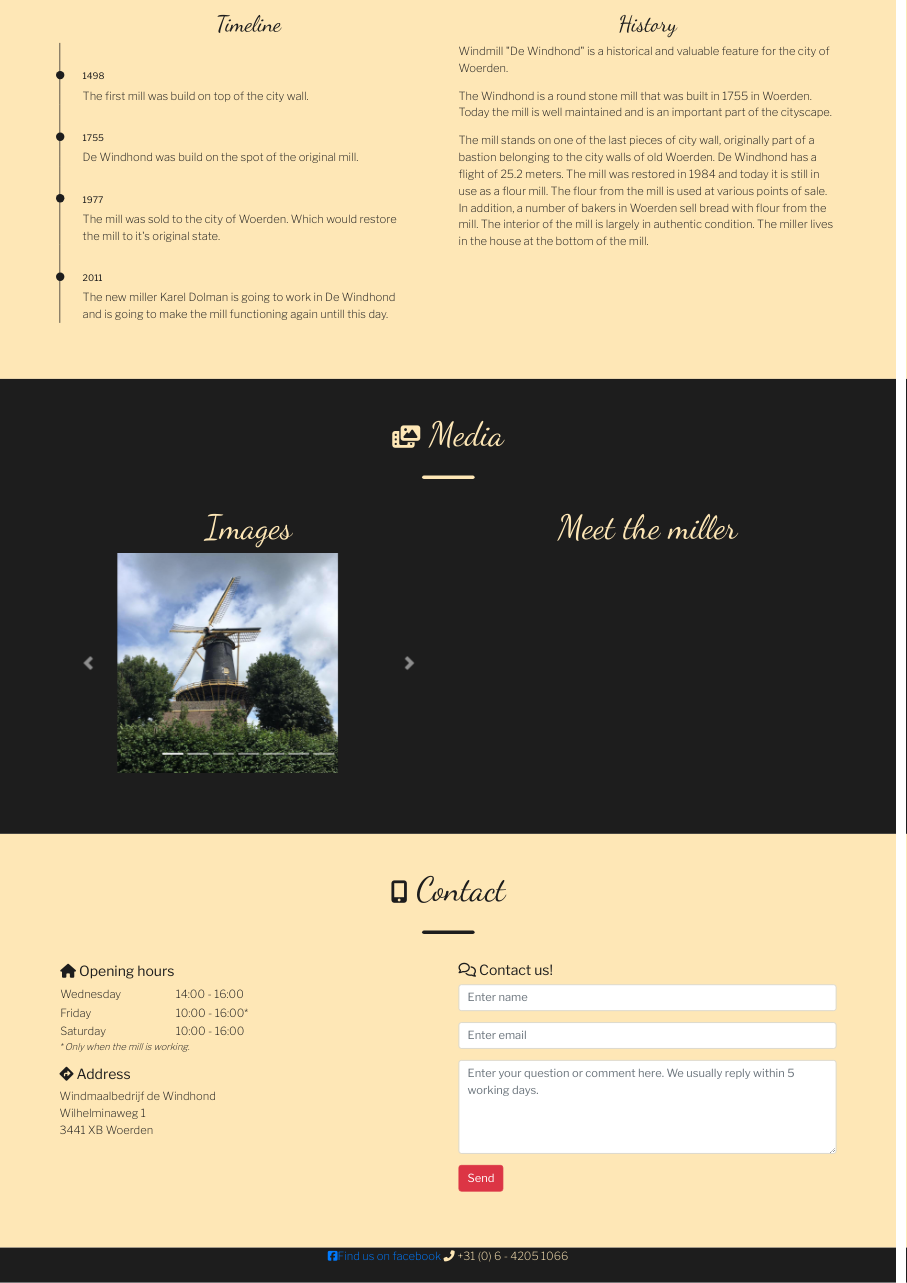
Repository: jdl208/DeWindhond
Page: index.html
The author's editor kept a record of every edit. The page is drawn from the files as they stood at one moment, then again after the next edit.
The browser window is 1280 px wide. The page is 1295 px wide, so the pictures cover 1295 px, including what lies to the right of the window. The pictures show the part of the page from y = 815 to 2695 px (the page is 2648 px tall before and 2695 px after), at 70% of full size.
Pictures or frames that could not be fetched are drawn as grey boxes. Some web libraries are served in a nearby version.

Above is the page before.

### index.html
<!DOCTYPE html>
<html lang="en">

<head>
    <meta charset="UTF-8">
    <meta name="viewport" content="width=device-width, initial-scale=1.0">
    <meta http-equiv="X-UA-Compatible" content="ie=edge">
    <title>Windmill "De Windhond"</title>
    <link rel="stylesheet" href="https://stackpath.bootstrapcdn.com/bootstrap/4.3.1/css/bootstrap.min.css" integrity="sha384-ggOyR0iXCbMQv3Xipma34MD+dH/1fQ784/j6cY/iJTQUOhcWr7x9JvoRxT2MZw1T" crossorigin="anonymous">
    <link href="https://fonts.googleapis.com/css?family=Dancing+Script:400,700&display=swap" rel="stylesheet">
    <link rel="stylesheet" href="assets/css/style.css" type="text/css" />

</head>

<body>

    <!-- Header and Navigation-->

    <header class="jumbotron" id="home">
        <nav class="navbar fixed-top navbar-expand-lg navbar-light">
            <div class="navbar-brand" href="#"></div>
            <button class="navbar-toggler" type="button" data-toggle="collapse" data-target="#navbarTogglerDemo02" aria-controls="navbarTogglerDemo02" aria-expanded="false" aria-label="Toggle navigation">
                <span class="navbar-toggler-icon"></span>
            </button>

            <div class="collapse navbar-collapse" id="navbarTogglerDemo02">
                <ul class="navbar-nav ml-auto mt-2 mt-lg-0">
                    <li class="nav-item ml-auto nav--link">
                        <a class="nav-link" href="#home"><strong>Home</strong><span class="sr-only">(current)</span></a>
                    </li>
                    <li class="nav-item ml-auto nav--link">
                        <a class="nav-link" href="#about"><strong>About</strong></a>
                    </li>
                    <li class="nav-item ml-auto nav--link">
                        <a class="nav-link" href="#media"><strong>Media</strong></a>
                    </li>
                    <li class="nav-item ml-auto nav--link">
                        <a class="nav-link" href="#contact"><strong>Contact</strong></a>
                    </li>
                </ul>
            </div>
        </nav>
        <h1 class="name">"De Windhond"</h1>
    </header>

    <!-- About -->

    <section class="light-bg sectioncontainer" id="about">
        <div class="container about">
            <h2><i class="far fa-list-alt media-icon"></i> About</h2>
            <hr class="block-divider dark-divider">

            <div class="row">
                <div class="col-md-6">
                    <h4>Timeline</h4>
                    <div class="history-items">
                        <div class="timeline-item" data-dates="1498">
                            <p>The first mill was build on top of the city wall.</p>
                        </div>
                        <div class="timeline-item" data-dates="1755">
                            <p>De Windhond was build on the spot of the original mill.</p>
                        </div>
                        <div class="timeline-item" data-dates="1977">
                            <p>The mill was sold to the city of Woerden. Which would restore the mill to it's original state.</p>
                        </div>
                        <div class="timeline-item" data-dates="2011">
                            <p>The new miller Karel Dolman is going to work in De Windhond and is going to make the mill functioning again untill this day.</p>
                        </div>
                    </div>
                </div>
                <div class="col-md-6">
                    <hr class="block-divider dark-divider d-md-none">
                    <h4>History</h4>

                    <p>Windmill "De Windhond" is a historical and valuable feature for the city of Woerden.</P>
                    <p>The Windhond is a round stone mill that was built in 1755 in Woerden. Today the mill is well maintained and is an important part of the cityscape.</p>
                    <p>The mill stands on one of the last pieces of city wall, originally part of a bastion belonging to the city walls of old Woerden. De Windhond has a flight of 25.2 meters. The mill was restored in 1984 and today it is still in use as
                        a flour mill. The flour from the mill is used at various points of sale. In addition, a number of bakers in Woerden sell bread with flour from the mill. The interior of the mill is largely in authentic condition. The miller lives
                        in the house at the bottom of the mill.
                    </p>
                </div>
            </div>
        </div>

    </section>

    <!-- Media section-->

    <section id="media" class="dark-bg mediabox">
        <div class="container sectioncontainer ">
            <H2><i class="fas fa-photo-video media-icon"></i> Media</H2>
            <hr class="block-divider yellow-divider">
            <div class="row">
                <div class="col-md-6 imagebox">
                    <h3>Images</h3>
                    <div id="carouselExampleIndicators" class="carousel slide mediacarroussel" data-ride="carousel">
                        <ol class="carousel-indicators">
                            <li data-target="#carouselExampleIndicators" data-slide-to="0" class="active"></li>
                            <li data-target="#carouselExampleIndicators" data-slide-to="1"></li>
                            <li data-target="#carouselExampleIndicators" data-slide-to="2"></li>
                            <li data-target="#carouselExampleIndicators" data-slide-to="3"></li>
                            <li data-target="#carouselExampleIndicators" data-slide-to="4"></li>
                            <li data-target="#carouselExampleIndicators" data-slide-to="5"></li>
                            <li data-target="#carouselExampleIndicators" data-slide-to="6"></li>
                        </ol>
                        <div class="carousel-inner">
                            <div class="carousel-item active">
                                <img src="assets/images/img1.jpg" class="d-block" alt="...">
                            </div>
                            <div class="carousel-item">
                                <img src="assets/images/img2.jpg" class="d-block" alt="...">
                            </div>
                            <div class="carousel-item">
                                <img src="assets/images/img3.jpg" class="d-block" alt="...">
                            </div>
                            <div class="carousel-item">
                                <img src="assets/images/img4.jpg" class="d-block" alt="...">
                            </div>
                            <div class="carousel-item">
                                <img src="assets/images/img5.jpg" class="d-block" alt="...">
                            </div>
                            <div class="carousel-item">
                                <img src="assets/images/img6.jpg" class="d-block" alt="...">
                            </div>
                            <div class="carousel-item">
                                <img src="assets/images/img7.jpg" class="d-block" alt="...">
                            </div>
                        </div>
                        <a class="carousel-control-prev" href="#carouselExampleIndicators" role="button" data-slide="prev">
                        <span class="carousel-control-prev-icon" aria-hidden="true"></span>
                        <span class="sr-only">Previous</span>
                    </a>
                        <a class="carousel-control-next" href="#carouselExampleIndicators" role="button" data-slide="next">
                        <span class="carousel-control-next-icon" aria-hidden="true"></span>
                        <span class="sr-only">Next</span>
                    </a>
                    </div>
                </div>
                <div class="col-md-6">
                    <hr class="block-divider yellow-divider d-md-none">
                    <h3>Meet the miller</h3>
                    <iframe width="100%" height="315" src="https://www.youtube.com/embed/lAjF5r5rAqM" frameborder="0" allow="accelerometer; autoplay; encrypted-media; gyroscope; picture-in-picture" allowfullscreen></iframe>
                </div>
            </div>
        </div>
    </section>

    <!-- Contact-->

    <section id="contact" class="sectioncontainer light-bg">
        <div class="container">
            <h2><i class="fas fa-mobile-alt media-icon"></i> Contact</h2>
            <hr class="block-divider dark-divider">
            <div class="row">
                <div class="col-md-6 contact_visiting">
                    <table>
                        <th>
                            <h5><i class="fas fa-home"></i> Opening hours</h5>
                        </th>
                        <tr>
                            <td>Wednesday</td>
                            <td>14:00 - 16:00</td>
                        </tr>
                        <tr>
                            <td>Friday</td>
                            <td>10:00 - 16:00*</td>
                        </tr>
                        <tr>
                            <td>Saturday</td>
                            <td>10:00 - 16:00</td>
                        </tr>

                    </table>
                    <p class="footnote_opening">* Only when the mill is working.</p>
                    <h5 class=""> </h5>
                    <h5><i class="fas fa-directions"></i> Address</h5>
                    <p>Windmaalbedrijf de Windhond<br> Wilhelminaweg 1<br> 3441 XB Woerden
                    </p>

                </div>

                <div class="col-md-6">
                    <h5><i class="far fa-comments"></i> Contact us!</h5>
                    <div class="form-group">
                        <input type="text" class="form-control" placeholder="Enter name" required>
                    </div>
                    <div class="form-group">
                        <input type="email" class="form-control" placeholder="Enter email" required>
                    </div>
                    <div class="form-group">
                        <textarea class="form-control" rows="5" Placeholder="Enter your question or comment here. We usually reply within 5 working days." required></textarea>
                    </div>
                    <button type="submit" class="btn btn-primary btn-danger">Send</button>
                    </form>
                </div>
            </div>

    </section>

    <footer class="dark-bg">
        <div class="row footer">
            <div class="col-12">
                <a href="https://www.facebook.com/windmaalbedrijfdewindhond?pnref=story"><i class="fab fa-facebook-square"></i>Find us on facebook</a>
                <span><i class="fas fa-phone-alt"></i> +31 (0) 6 - 4205 1066</span>
            </div>
        </div>
    </footer>

    <script src="https://code.jquery.com/jquery-3.3.1.slim.min.js" integrity="sha384-q8i/X+965DzO0rT7abK41JStQIAqVgRVzpbzo5smXKp4YfRvH+8abtTE1Pi6jizo" crossorigin="anonymous"></script>
    <script src="https://cdnjs.cloudflare.com/ajax/libs/popper.js/1.14.7/umd/popper.min.js" integrity="sha384-UO2eT0CpHqdSJQ6hJty5KVphtPhzWj9WO1clHTMGa3JDZwrnQq4sF86dIHNDz0W1" crossorigin="anonymous"></script>
    <script src="https://stackpath.bootstrapcdn.com/bootstrap/4.3.1/js/bootstrap.min.js" integrity="sha384-JjSmVgyd0p3pXB1rRibZUAYoIIy6OrQ6VrjIEaFf/nJGzIxFDsf4x0xIM+B07jRM" crossorigin="anonymous"></script>
    <script src="https://kit.fontawesome.com/70761e8d6e.js"></script>

</body>

</html>

### assets/css/style.css
@import url('https://fonts.googleapis.com/css?family=Dancing+Script:400,700|Libre+Franklin:200,300,400&display=swap');

body {
    font-family: "Libre Franklin";
    font-weight: 200;
}

.sectioncontainer {
    padding-top: 50px;
    padding-bottom: 80px;
}

a,
a:hover {
    text-decoration: none;
}

/* ---------------------------------------------- Colors */

.dark-bg {
    color: #fee7b6;
    background-color: rgba(29, 29, 29, 1);
}

.light-bg {
    background-color: #fee7b6;
    color: rgb(29, 29, 29);
}

.block-divider {
    width: 75px;
    height: 5px;
    border: 0;
    border-radius: 15px;
    margin-top: 30px;
    margin-bottom: 40px;
}

.yellow-divider {
    background-color: #fee7b6;
}

.dark-divider {
    background-color: rgb(29, 29, 29);
}

.light-link {
    color: #fee7b6;
}



/* ---------------------------------------------- Headings */

h2,
h3,
h4 {
    font-family: "dancing script";
    text-align: center;
    font-size: 3rem;
}

h4 {
    font-size: 2rem;

}

.media-icon {
    font-size: 32px;
}

/* ---------------------------------------------- Header and navbar */

.navbar {
    background: none;
}

.navbar-light {
    color: rgba(29, 29, 29, 1);
}

.nav-link {
    background-color: rgba(254, 231, 182, 0.8);
    border-radius: 15px;
    width: 77px;
    margin-left: 10px;
    text-align: center;
    border: rgba(29, 29, 29, 1) 1px solid;

}

.navbar-toggler {
    background-color: rgba(254, 231, 182, 0.8);
    border: rgba(29, 29, 29, 1) 1px solid;
}

.jumbotron {
    height: 90vh;
    background: url(../images/bgjt.jpg);
    background-position: top;
    background-size: cover;
    background-repeat: no-repeat;
    margin-bottom: 0;
}

.name {
    background-color: rgba(254, 231, 182, 0.8);
    color: rgba(29, 29, 29, 0.8);
    border: rgba(29, 29, 29, 0.8) solid 2px;
    height: 100px;
    width: 400px;
    max-width: 75vw;
    padding-top: 25px;
    border-radius: 100%;
    margin: auto;
    margin-top: 10vh;
    text-align: center;
    font-family: "dancing script";
}

/* ---------------------------------------------- About */

.history-heading {
    margin-bottom: 50px;
}

.timeline-item {
    padding: 4em 2em 0em 2em;
    position: relative;
    border-left: 1px solid;
}

.timeline-item p {
    padding: 0;
    margin: 0;
}

.timeline-item:before {
    content: attr(data-dates);
    position: absolute;
    left: 2.5em;
    top: 3em;
    display: block;
    font-weight: 500;
    font-size: 0.8em;
    padding: 0;
    margin: 0;
}

.timeline-item:after {
    width: 12px;
    height: 12px;
    display: block;
    top: 2.5em;
    position: absolute;
    left: -6px;
    border-radius: 12px;
    content: '';
    background: rgb(29, 29, 29);

}

/* ---------------------------------------------- Media */

.carousel-item {
    height: 315px;
}



.carousel-item img {
    margin: auto;
    height: 100%;
}

/* ---------------------------------------------- Contact */

.footnote_opening {
    font-size: smaller;
    font-style: italic;
}

/* ---------------------------------------------- Footer */

.footer {
    height: 50px;
    text-align: center;
}

.footerlist {
    list-style-type: none;
}

.list-item-footer {
    display: inline-block;
    color: #fee7b6;
    padding-top: 8px;
    margin-left: 20px;
}

footer li i {
    font-size: 30px;
}

After the next edit:
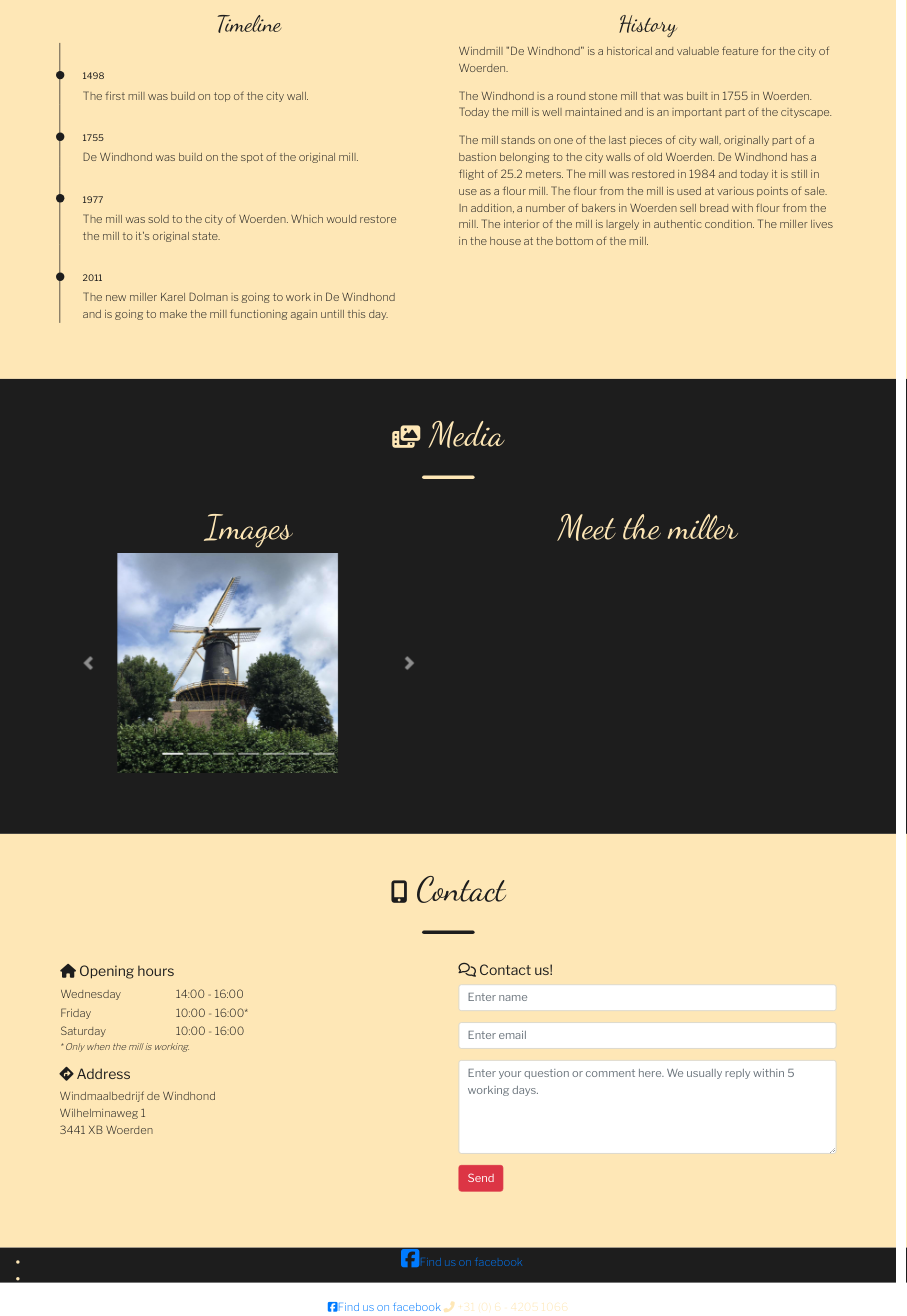
The edit:
--- a/index.html
+++ b/index.html
@@ -200,6 +200,10 @@
     <footer class="dark-bg">
         <div class="row footer">
             <div class="col-12">
+                <ul>
+                    <li><a href="https://www.facebook.com/windmaalbedrijfdewindhond?pnref=story"><i class="fab fa-facebook-square"></i>Find us on facebook</a></li>
+                    <li></li>
+                </ul>
                 <a href="https://www.facebook.com/windmaalbedrijfdewindhond?pnref=story"><i class="fab fa-facebook-square"></i>Find us on facebook</a>
                 <span><i class="fas fa-phone-alt"></i> +31 (0) 6 - 4205 1066</span>
             </div>
